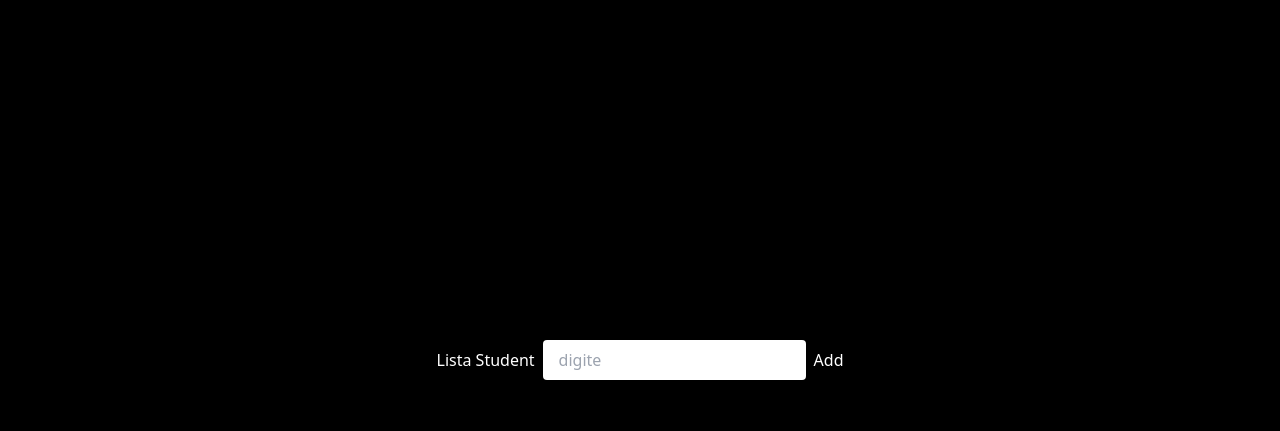
Repository: LuisSempre/FundamentosReact
Page: /
These files come from the project's save history. The page is drawn as it stood at one moment and after a run of saves; the edit follows.
The browser window is 1280 px wide. The pictures show the whole page.
The project was rebuilt for these pictures with package versions that can differ from the ones it lists, and the page was loaded fresh each time. Also part of the build but not shown: vite.config.js, src/components/Card.jsx.

Above is the page before, as saved 2022-06-28 18:17:03.

### src/main.jsx
import React from 'react'
import ReactDOM from 'react-dom/client'
import { Home } from './pages/Home'
import './index.css'

ReactDOM.createRoot(document.getElementById('root')).render(
  <React.StrictMode>
    <Home />
  </React.StrictMode>
)

### src/pages/Home.jsx
import { useState } from "react";
import { Card } from "../components/Card";

export function Home() {
  const [student, setStudent] = useState("Student");
  const [students, setStudents] = useState([]);

  function studentAdd() {
    const newStudent = {
      name: student,
      time: new Date().toLocaleDateString("pt-br", {
        hour: "2-digit",
        minute: "2-digit",
        second: "2-digit",
      }),
    };
    setStudents((prevState) => [...prevState, newStudent]);
  }
  return (
    <div className="flex items-center justify-center w-full h-screen space-x-2">
      <h1>Lista {student} </h1>
      <input
        onChange={(e) => setStudent(e.target.value)}
        className="px-4 py-2 text-black bg-white rounded"
        type="text"
        placeholder="digite"
      />
      <div>
        <butto onClick={studentAdd}>Add</butto>
        {students.map((student) => (
          <Card name={student.name} time={student.time} />
        ))}
      </div>
    </div>
  );
}

### src/index.css
@tailwind base;
@tailwind components;
@tailwind utilities;

* {
    @apply bg-black text-white;
}

Loaded but not shown: index.html (common file); tailwind.config.js (common file)

After the next 2 saves:
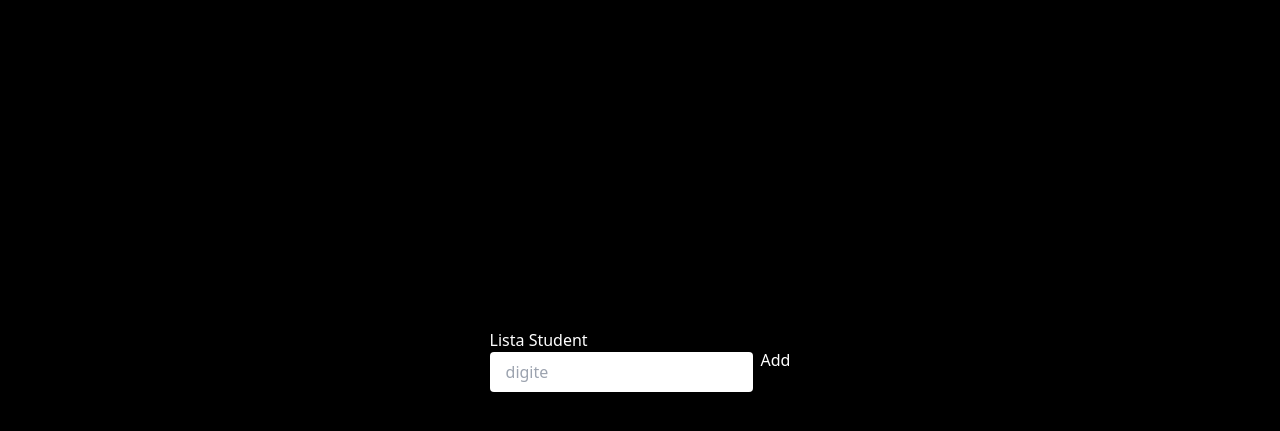
The 2 saves are shown as one change because they came seconds apart.
The last was saved 13 s later.
--- a/src/pages/Home.jsx
+++ b/src/pages/Home.jsx
@@ -18,13 +18,15 @@
   }
   return (
     <div className="flex items-center justify-center w-full h-screen space-x-2">
-      <h1>Lista {student} </h1>
-      <input
-        onChange={(e) => setStudent(e.target.value)}
-        className="px-4 py-2 text-black bg-white rounded"
-        type="text"
-        placeholder="digite"
-      />
+      <div>
+        <h1>Lista {student} </h1>
+        <input
+          onChange={(e) => setStudent(e.target.value)}
+          className="px-4 py-2 text-black bg-white rounded"
+          type="text"
+          placeholder="digite"
+        />
+      </div>
       <div>
         <butto onClick={studentAdd}>Add</butto>
         {students.map((student) => (

After the 2 saves that followed:
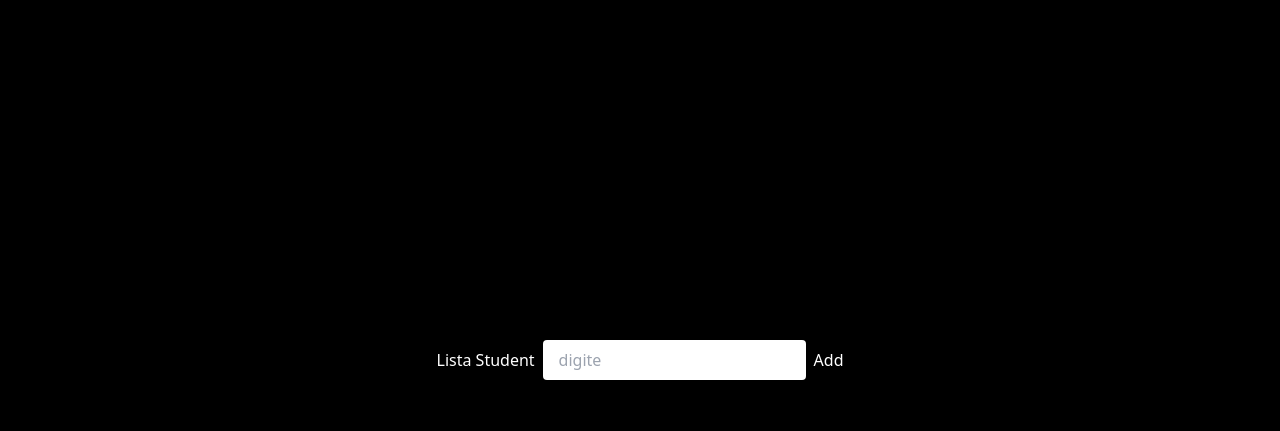
The 2 saves are shown as one change because they came seconds apart.
The last was saved 24 s later.
--- a/src/pages/Home.jsx
+++ b/src/pages/Home.jsx
@@ -20,6 +20,8 @@
     <div className="flex items-center justify-center w-full h-screen space-x-2">
       <div>
         <h1>Lista {student} </h1>
+      </div>
+      <div>
         <input
           onChange={(e) => setStudent(e.target.value)}
           className="px-4 py-2 text-black bg-white rounded"
